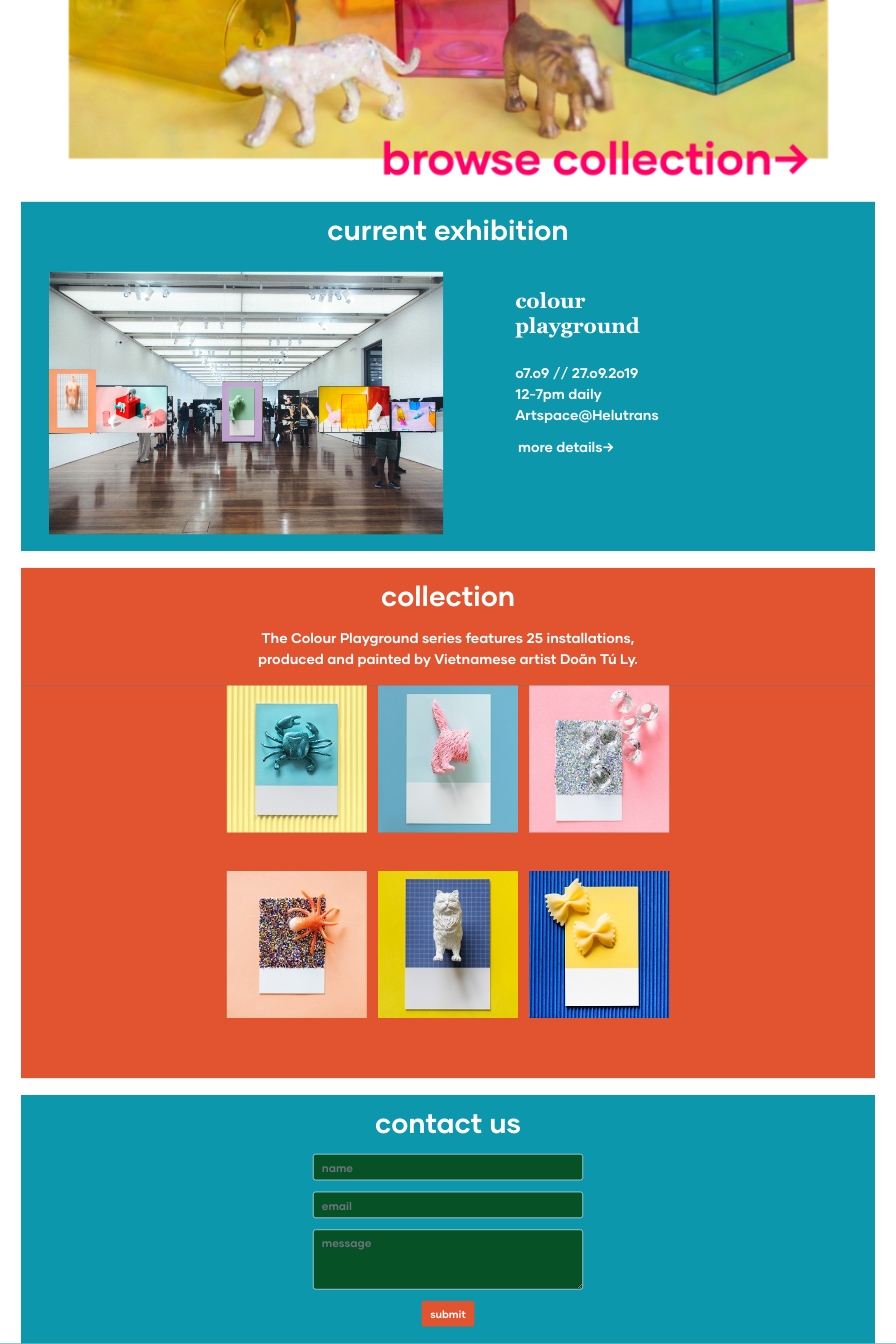
Repository: lynette-lyf/artshack
Page: index.html
The author's editor kept a record of every edit. The page is drawn from the files as they stood at one moment, then again after the next edit.
The browser window is 1280 px wide. The pictures show the part of the page from y = 775 to 2695 px (the page is 2695 px tall), at 70% of full size.

Above is the page before.

After the next edit:
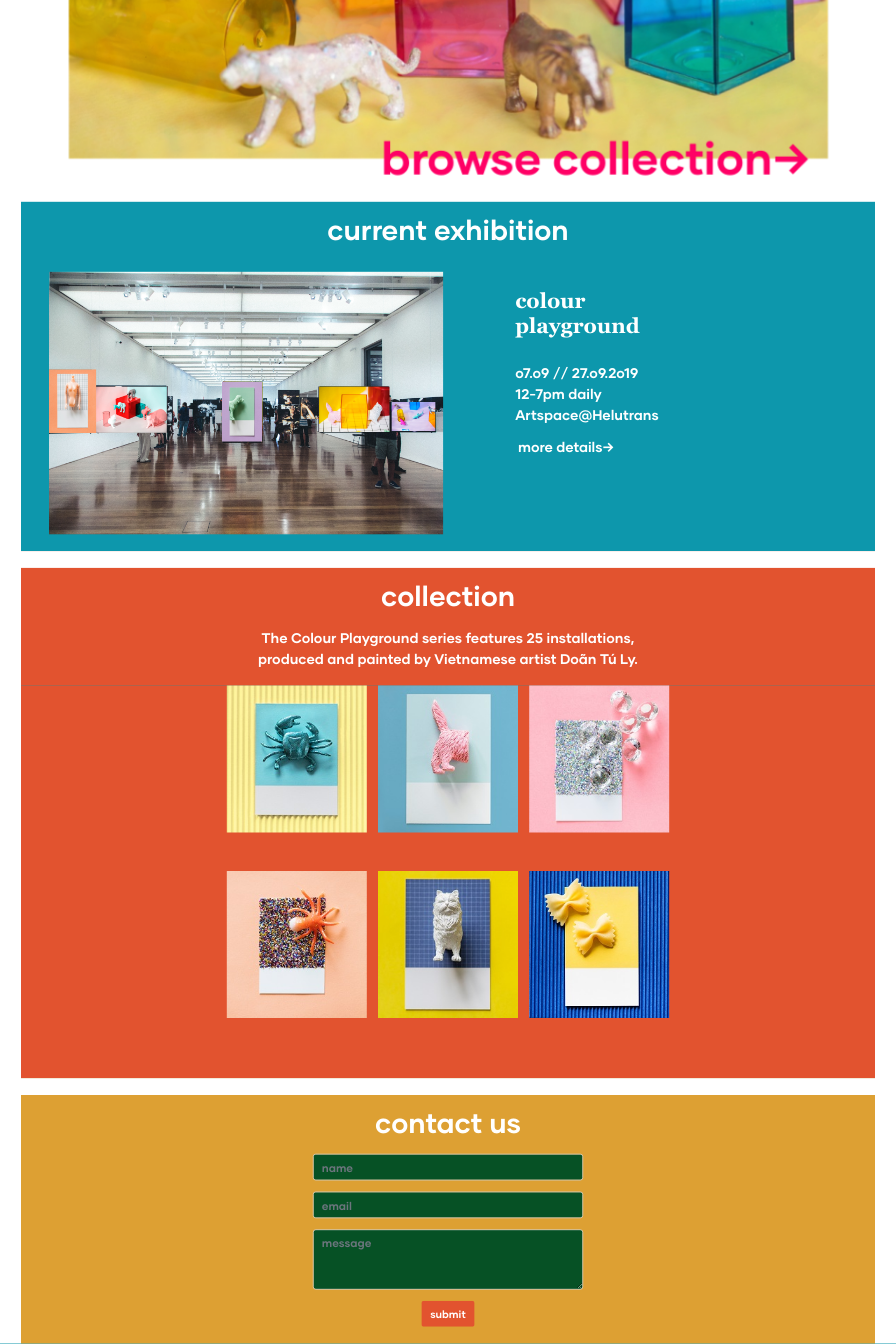
The edit:
--- a/index.html
+++ b/index.html
@@ -227,6 +227,40 @@
 .container-fluid-imagegallery #sixsix:hover .text6{
   visibility:visible;
 }
+
+ .container-fluid-contact #divider {
+      background-color: white;
+    }
+
+    .container-fluid-contact {
+      background-color: rgb(221, 160, 51);
+    }
+
+
+    form {
+      font-family: GilmerBold;
+    }
+
+    .form-group .form-control {
+      background-color: rgb(6, 81, 37);
+      color: white;
+    }
+
+    .btn {
+      font-family: GilmerBold;
+      font-size: 15px;
+      color: white;
+      background-color: rgb(226, 83, 47);
+    }
+
+    .btn:hover {
+      color: white;
+      background-color: rgb(13, 151, 172);
+    }
+
+    .btn:focus {
+      color: orange;
+    }
   </style>
   </head>
 
